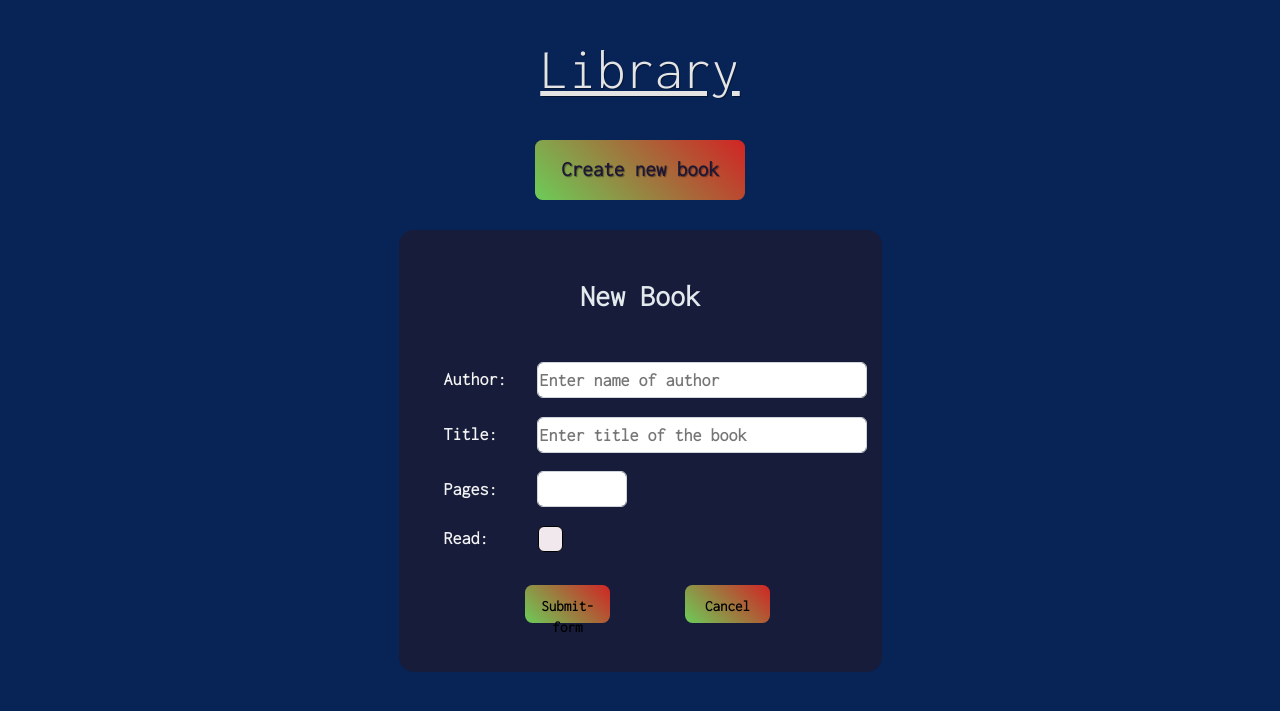
Repository: 0101chaitanya/Library
Page: index.html
An editor plug-in stored every save of this project. The page is shown before and after the next save, followed by the edit.
The browser window is 1280 px wide. The pictures show the whole page.

Above is the page before, as saved 2021-06-05 12:42:43.

After the next save:
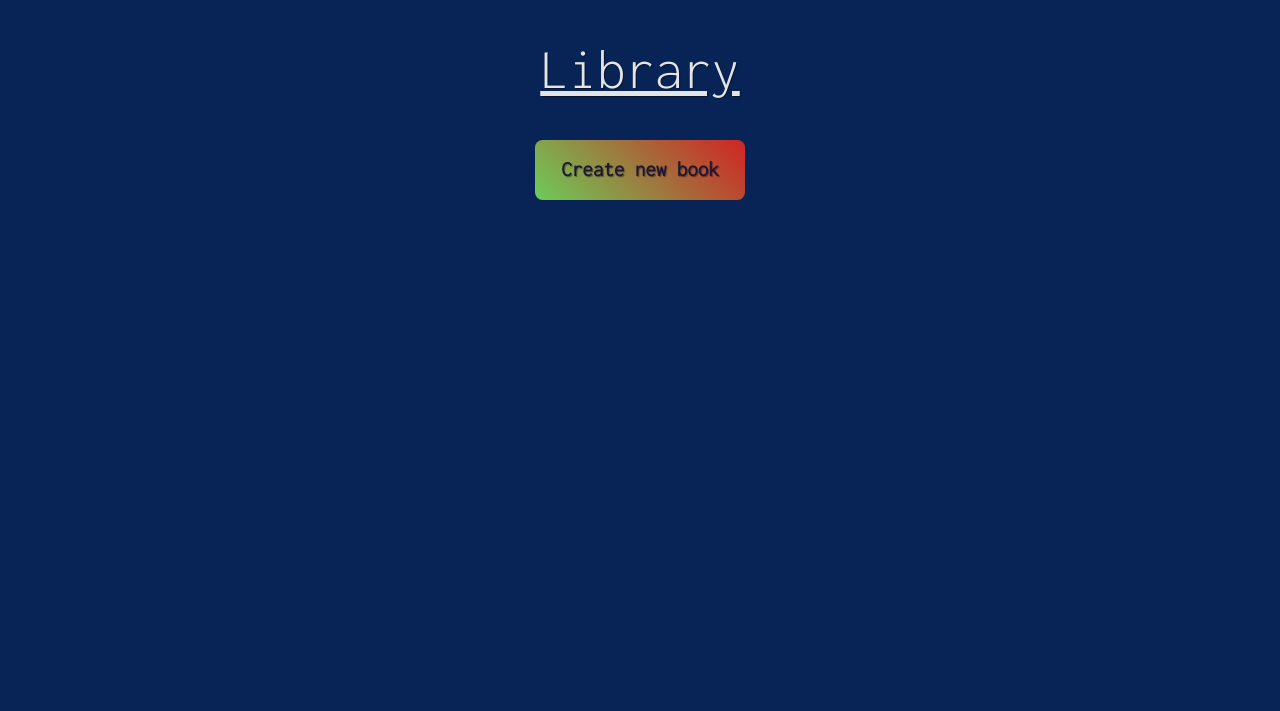
Console error: ReferenceError: divArray is not defined
Saved 80 s later.
--- a/script.js
+++ b/script.js
@@ -102,7 +102,7 @@
     }); //console.log(ObjArray.length);
 
 
-let divArray = JSON.parse(localStorage.getItem(`objArray`));
+objArray = JSON.parse(localStorage.getItem(`objArray`));
 
 console.log(divArray);
 /*

After the save that followed:
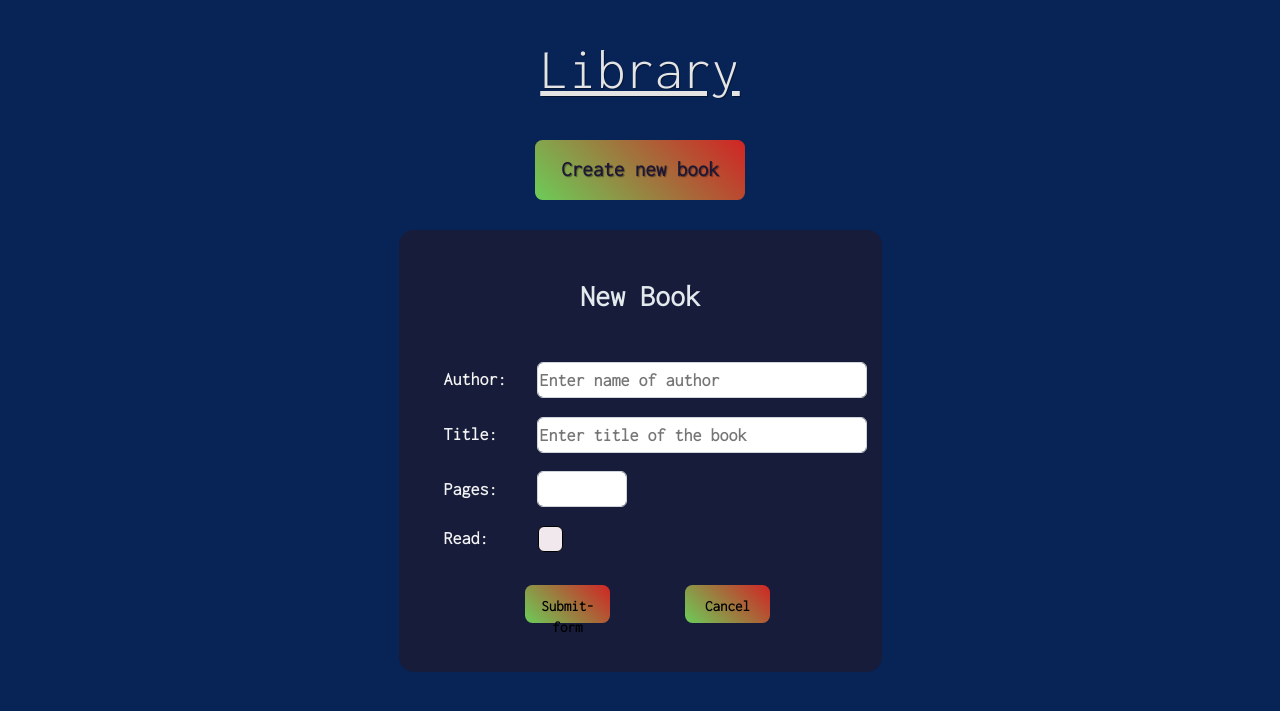
The error is gone.
Saved 10 s later.
--- a/script.js
+++ b/script.js
@@ -104,7 +104,7 @@
 
 objArray = JSON.parse(localStorage.getItem(`objArray`));
 
-console.log(divArray);
+console.log(objArray);
 /*
 divArray.forEach((item, j) => {
 
